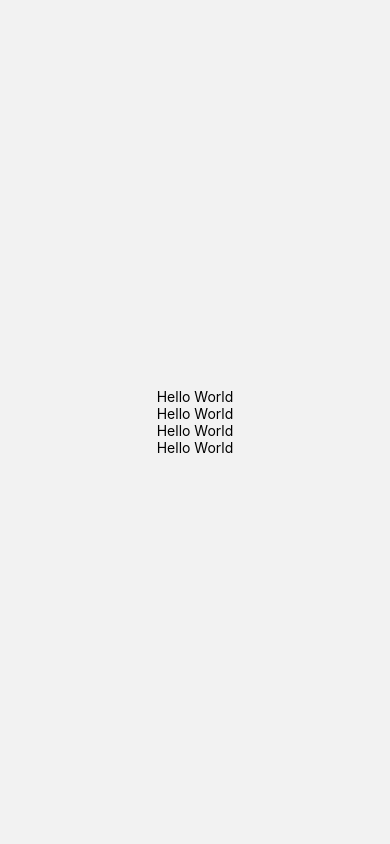
Repository: awarbler/reactNotesApp
Screen: / (app in reactNoteApp/)
The author's editor kept a copy of each file at every save. The screen is drawn from the files as they stood at one save, then again after a run of saves.
The app was drawn by React Native's web renderer in a window 390 px wide. The project was rebuilt for these pictures with package versions that can differ from the ones it lists, and the page was loaded fresh each time.

Above is the screen before, as saved 2022-05-19 17:14:28.

After the next 4 saves:
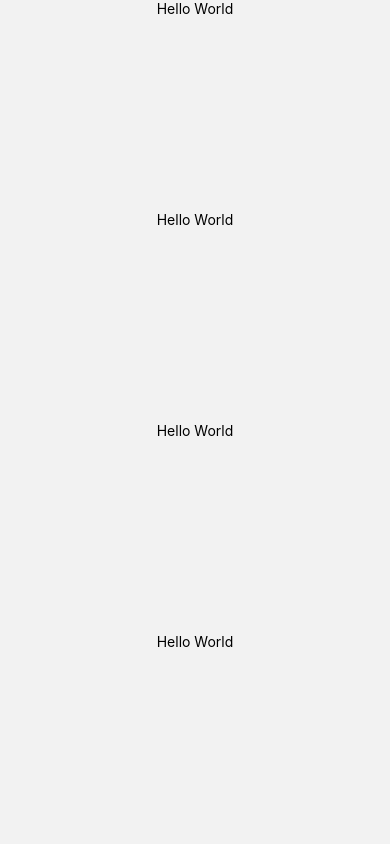
The 4 saves are shown as one change because 3 did not build or start.
The last was saved 4 min 6 s later.
--- a/reactNoteApp/src/screens/Home/Home.js
+++ b/reactNoteApp/src/screens/Home/Home.js
@@ -3,12 +3,14 @@ import { StyleSheet, Text, View } from 'react-native';
 
 export default function Home(){
     return (
-        <View style={styles.screen}>
-            <Text> Hello World </Text>
-            <Text> Hello World </Text>
-            <Text> Hello World </Text>
-            <Text> Hello World </Text>
-        </View>
+    <View style={styles.screen}>
+        <Text style={styles.oneFourth}> Hello World </Text>
+        <Text style={styles.oneFourth}> Hello World </Text>
+        <Text style={styles.oneFourth}> Hello World </Text>
+        <Text style={styles.oneFourth}> Hello World </Text>
+    </View>
+
+
     );
 }
 const styles = StyleSheet.create({
